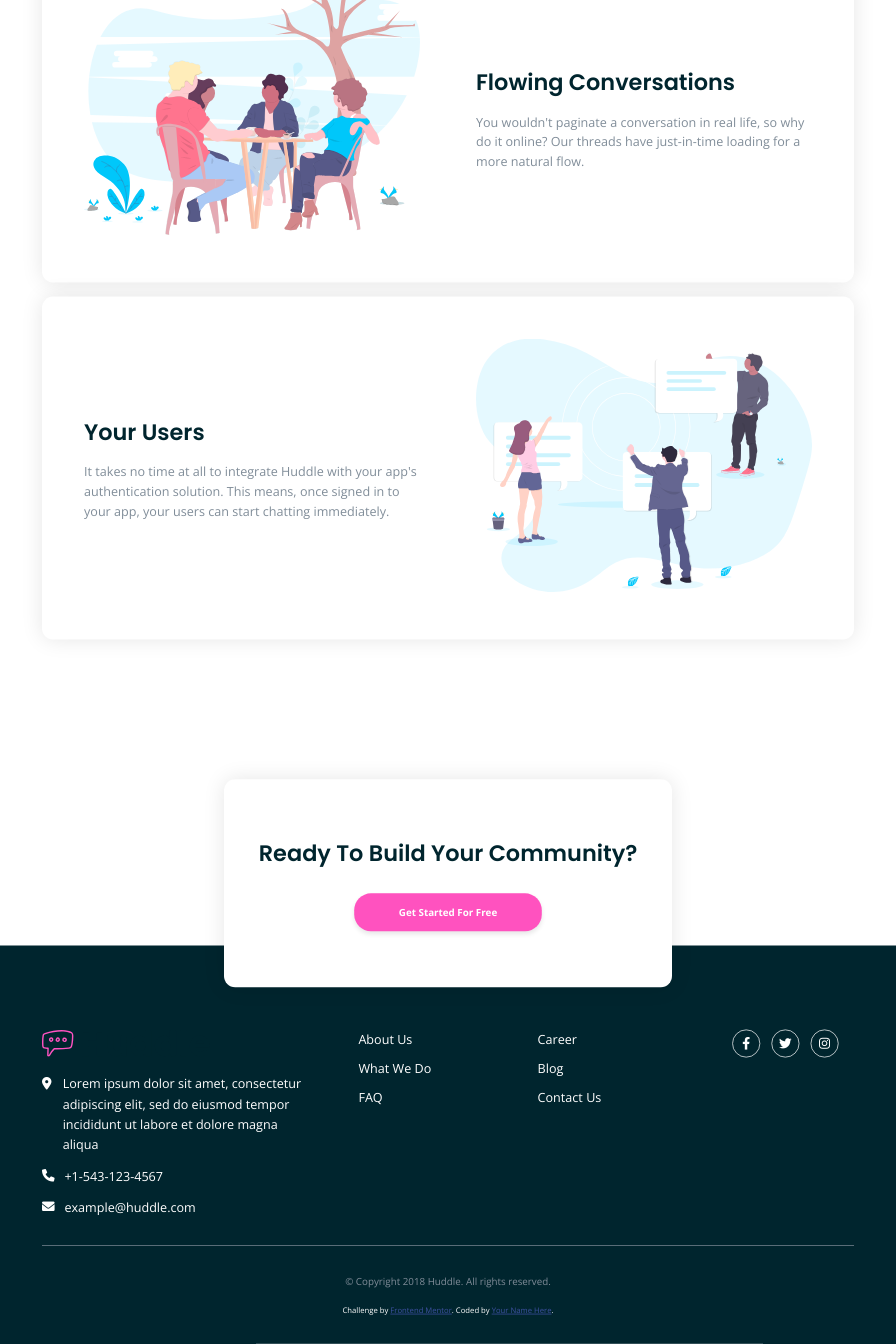
Repository: blordeus/huddle-landing-page
Page: index.html
An editor plug-in stored every save of this project. The page is shown before and after a run of saves, followed by the edit.
The browser window is 1280 px wide. The pictures show the part of the page from y = 1414 to 3334 px (the page is 3334 px tall before and 3305 px after), at 70% of full size.

Above is the page before, as saved 2025-07-01 11:17:14.

### index.html
<!DOCTYPE html>
<html lang="en">
<head>
  <meta charset="UTF-8">
  <meta name="viewport" content="width=device-width, initial-scale=1.0">
  <link rel="icon" type="image/png" sizes="32x32" href="./images/favicon-32x32.png">
  <title>Frontend Mentor | Huddle landing page with alternating feature blocks</title>

  <!-- Google Fonts -->
  <link rel="preconnect" href="https://fonts.googleapis.com">
  <link rel="preconnect" href="https://fonts.gstatic.com" crossorigin>
  <link href="https://fonts.googleapis.com/css2?family=Poppins:wght@600&family=Open+Sans:wght@400;700&display=swap" rel="stylesheet">
  <link rel="stylesheet" type="text/css" href="styles.css" />

  <!-- Font Awesome for social icons -->
  <link rel="stylesheet" href="https://cdnjs.cloudflare.com/ajax/libs/font-awesome/6.0.0/css/all.min.css">
</head>

<body>
  <!-- Header -->
  <header class="header">
    <div class="container">
      <div class="header-content">
        <img src="./images/logo.svg" alt="Logo">
        <a href="#" class="btn btn-outline">Try It Free</a>
      </div>
    </div>
  </header>

  <!-- Hero Section -->
  <section class="hero">
    <div class="container">
      <div class="hero-content">
        <div class="hero-text">
          <h1>Build The Community Your Fans Will Love</h1>
          <p>Huddle re-imagines the way we build communities. You have a voice, but so does your audience. Create connections with your users as you engage in genuine discussion.</p>
          <a href="#" class="btn">Get Started For Free</a>
        </div>
        <div class="hero-image">
          <img src="./images/illustration-mockups.svg" alt="Desktop and mobile chat interface showing community conversations">
        </div>
      </div>
    </div>
  </section>

  <!-- Features Section -->
  <section class="features">
    <div class="container">
      <div class="feature">
        <div class="feature-content">
          <h2>Grow Together</h2>
          <p>Generate meaningful discussions with your audience and build a strong, loyal community. Think of the insightful conversations you miss out on with a feedback form.</p>
        </div>
        <div class="feature-image">
          <img src="./images/illustration-grow-together.svg" alt="Illustration of people having meaningful conversations and building community">
        </div>
      </div>

      <div class="feature">
        <div class="feature-content">
          <h2>Flowing Conversations</h2>
          <p>You wouldn't paginate a conversation in real life, so why do it online? Our threads have just-in-time loading for a more natural flow.</p>
        </div>
        <div class="feature-image">
          <img src="./images/illustration-flowing-conversation.svg" alt="Illustration of natural flowing conversation interface with seamless chat threads">
        </div>
      </div>

      <div class="feature">
        <div class="feature-content">
          <h2>Your Users</h2>
          <p>It takes no time at all to integrate Huddle with your app's authentication solution. This means, once signed in to your app, your users can start chatting immediately.</p>
        </div>
        <div class="feature-image">
          <img src="./images/illustration-your-users.svg" alt="Illustration showing easy user authentication and immediate chat access">
        </div>
      </div>
    </div>
  </section>

  <!-- Call to Action -->
  <section class="cta">
    <div class="container">
      <h2>Ready To Build Your Community?</h2>
      <a href="#" class="btn">Get Started For Free</a>
    </div>
  </section>

  <!-- Footer -->
  <footer class="footer">
    <div class="container">
      <div class="footer-content">
        <div class="footer-info">
          <a href="#" class="footer-logo">
            <img src="./images/logo.svg" alt="">
          </a>
          <div class="contact-info">
            <div class="contact-item">
              <i class="fas fa-map-marker-alt"></i>
              <p>Lorem ipsum dolor sit amet, consectetur adipiscing elit, sed do eiusmod tempor incididunt ut labore et dolore magna aliqua</p>
            </div>
            <div class="contact-item">
              <i class="fas fa-phone"></i>
              <p>+1-543-123-4567</p>
            </div>
            <div class="contact-item">
              <i class="fas fa-envelope"></i>
              <p>example@huddle.com</p>
            </div>
          </div>
        </div>

        <div class="footer-links">
          <a href="#">About Us</a>
          <a href="#">What We Do</a>
          <a href="#">FAQ</a>
        </div>

        <div class="footer-links">
          <a href="#">Career</a>
          <a href="#">Blog</a>
          <a href="#">Contact Us</a>
        </div>

        <div class="social-icons">
          <a href="#" class="social-icon" aria-label="Facebook">
            <i class="fab fa-facebook-f"></i>
          </a>
          <a href="#" class="social-icon" aria-label="Twitter">
            <i class="fab fa-twitter"></i>
          </a>
          <a href="#" class="social-icon" aria-label="Instagram">
            <i class="fab fa-instagram"></i>
          </a>
        </div>
      </div>

      <div class="copyright">
        <p>&copy; Copyright 2018 Huddle. All rights reserved.</p>
      </div>
    </div>

    <p class="attribution">
      Challenge by <a href="https://www.frontendmentor.io?ref=challenge" target="_blank">Frontend Mentor</a>.
      Coded by <a href="#">Your Name Here</a>.
    </p>
  </footer>
</body>
</html>

### styles.css
    * {
      margin: 0;
      padding: 0;
      box-sizing: border-box;
    }

    body {
      font-family: 'Open Sans', sans-serif;
      font-size: 18px;
      line-height: 1.6;
      color: hsl(192, 100%, 9%);
    }

    .container {
      max-width: 1200px;
      margin: 0 auto;
      padding: 0 20px;
    }

    /* Header */
    .header {
      background: hsl(193, 100%, 96%);
      padding: 24px 0;
    }

    .header-content {
      display: flex;
      justify-content: space-between;
      align-items: center;
    }

    .header-content img {
      height: 40px;
    }

    .btn {
      background: hsl(322, 100%, 66%);
      color: white;
      border: none;
      padding: 12px 48px;
      border-radius: 24px;
      font-family: 'Open Sans', sans-serif;
      font-weight: 700;
      font-size: 14px;
      cursor: pointer;
      text-decoration: none;
      display: inline-block;
      transition: opacity 0.3s ease;
      box-shadow: 0 4px 8px rgba(0, 0, 0, 0.1);
    }

    .btn:hover {
      opacity: 0.8;
    }

    .btn-outline {
      background: white;
      box-shadow: 0 4px 8px rgba(0, 0, 0, 0.1);
      color: #00252E;
    }

    .btn-outline:hover {
      color: #808E9A;
    }

    /* Hero Section */
    .hero {
      background: hsl(199, 100%, 96%);
      background-image: url('./images/bg-hero.svg');
      background-size: cover;
      background-position: center;
      padding: 80px 0 120px;
    }

    .hero-content {
      display: grid;
      grid-template-columns: 1fr 1fr;
      gap: 80px;
      align-items: center;
    }

    .hero-text h1 {
      font-family: 'Poppins', sans-serif;
      font-weight: 600;
      font-size: 48px;
      line-height: 1.2;
      margin-bottom: 24px;
      color: hsl(192, 100%, 9%);
    }

    .hero-text p {
      font-size: 18px;
      color: hsl(192, 100%, 9%);
      margin-bottom: 32px;
      line-height: 1.6;
    }

    .hero-image {
      text-align: center;
    }

    .hero-image img {
      max-width: 100%;
      height: auto;
    }

    /* Features Section */
    .features {
      padding: 120px 0;
    }

    .feature {
      display: grid;
      grid-template-columns: 1fr 1fr;
      gap: 80px;
      align-items: center;
      margin-bottom: 20px;
      background: white;
      padding: 60px;
      border-radius: 16px;
      box-shadow: 0 0 30px rgba(0, 0, 0, 0.1);
    }

    .feature:nth-child(even) .feature-content {
      order: 2;
    }

    .feature:nth-child(even) .feature-image {
      order: 1;
    }

    .feature h2 {
      font-family: 'Poppins', sans-serif;
      font-weight: 600;
      font-size: 32px;
      margin-bottom: 16px;
      color: hsl(192, 100%, 9%);
    }

    .feature p {
      color: hsl(208, 11%, 55%);
      line-height: 1.6;
    }

    .feature-image {
      text-align: center;
    }

    .feature-image img {
      max-width: 100%;
      height: auto;
    }

    /* Call to Action */
    .cta {
      text-align: center;
      padding: 80px 0;
      background: white;
      width: 50%;
      margin: 0 auto;
      box-sizing: border-box;
      border-radius: 16px;
      box-shadow: 0 0 30px rgba(0, 0, 0, 0.1);
      position: relative;
      z-index: 2;
      transform: translateY(20%);
    }

    .cta a {
      background: hsl(322, 100%, 66%);
      color: white;
      padding: 16px 64px;
      border-radius: 24px;
      font-family: 'Open Sans', sans-serif;
      font-weight: 700;
      font-size: 14px;
      cursor: pointer;
      text-decoration: none;
      display: inline-block;
      transition: opacity 0.3s ease;
      box-shadow: 0 4px 8px rgba(0, 0, 0, 0.1);

    }

    .cta h2 {
      font-family: 'Poppins', sans-serif;
      font-weight: 600;
      font-size: 32px;
      margin-bottom: 32px;
      color: hsl(192, 100%, 9%);
    }

    /* Footer */
    .footer {
      background: hsl(192, 100%, 9%);
      color: white;
      padding: 120px 0 40px;
    }

    .footer-content {
      display: grid;
      grid-template-columns: 2fr 1fr 1fr 1fr;
      gap: 60px;
      margin-bottom: 40px;
    }

    .footer-logo {
      display: flex;
      align-items: center;
      gap: 8px;
      font-family: 'Poppins', sans-serif;
      font-weight: 600;
      font-size: 24px;
      color: white;
      text-decoration: none;
      margin-bottom: 24px;
    }

    .footer-logo .logo-icon {
      background: white;
      color: hsl(322, 100%, 66%);
    }

    .contact-info {
      display: flex;
      flex-direction: column;
      gap: 16px;
    }

    .contact-item {
      display: flex;
      align-items: flex-start;
      gap: 16px;
    }

    .contact-item i {
      margin-top: 4px;
      width: 16px;
    }

    .footer-links {
      display: flex;
      flex-direction: column;
      gap: 12px;
    }

    .footer-links a {
      color: white;
      text-decoration: none;
      transition: color 0.3s ease;
    }

    .footer-links a:hover {
      color: hsl(322, 100%, 66%);
    }

    .social-icons {
      display: flex;
      gap: 16px;
      justify-content: center;
    }

    .social-icon {
      width: 40px;
      height: 40px;
      border: 1px solid white;
      border-radius: 50%;
      display: flex;
      align-items: center;
      justify-content: center;
      color: white;
      text-decoration: none;
      transition: all 0.3s ease;
    }

    .social-icon:hover {
      color: hsl(322, 100%, 66%);
      border-color: hsl(322, 100%, 66%);
    }

    .copyright {
      text-align: center;
      font-size: 14px;
      color: hsl(208, 11%, 55%);
      padding-top: 40px;
      border-top: 1px solid hsl(208, 11%, 55%);
    }

    .attribution {
      font-size: 11px;
      text-align: center;
      margin-top: 20px;
    }

    .attribution a {
      color: hsl(228, 45%, 44%);
    }

    /* Responsive Design */
    @media (max-width: 768px) {
      .container {
        padding: 0 16px;
      }

      .hero {
        background-image: url('./images/bg-hero.svg');
      }

      .header-content {
        flex-direction: column;
        gap: 20px;
      }

      .hero-content {
        grid-template-columns: 1fr;
        gap: 40px;
        text-align: center;
      }

      .hero-text h1 {
        font-size: 32px;
      }

      .feature {
        grid-template-columns: 1fr;
        gap: 40px;
        padding: 40px 20px;
        text-align: center;
      }

      .feature:nth-child(even) .feature-content,
      .feature:nth-child(even) .feature-image {
        order: unset;
      }

      .footer-content {
        grid-template-columns: 1fr;
        gap: 40px;
        text-align: center;
      }

      .social-icons {
        justify-content: center;
      }

      .cta {
        margin: 0 16px;
        padding: 40px 20px;
      }

      .cta h2 {
        font-size: 24px;
      }
    }

After the next 2 saves:
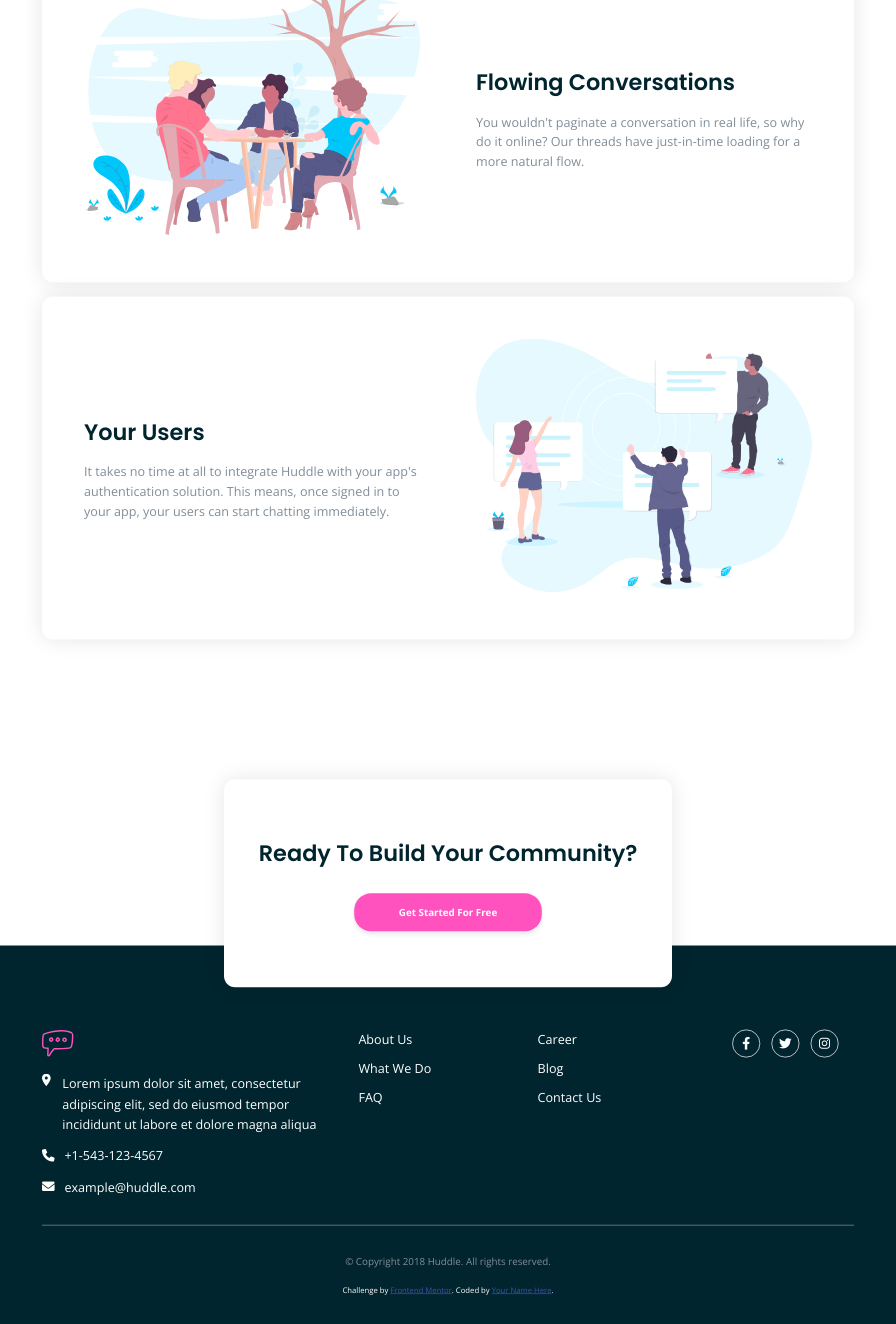
The 2 saves are shown as one change because they came seconds apart.
The last was saved 100 s later.
--- a/index.html
+++ b/index.html
@@ -96,7 +96,7 @@
           </a>
           <div class="contact-info">
             <div class="contact-item">
-              <i class="fas fa-map-marker-alt"></i>
+              <img src="./images/icon-location.svg" alt="">
               <p>Lorem ipsum dolor sit amet, consectetur adipiscing elit, sed do eiusmod tempor incididunt ut labore et dolore magna aliqua</p>
             </div>
             <div class="contact-item">
